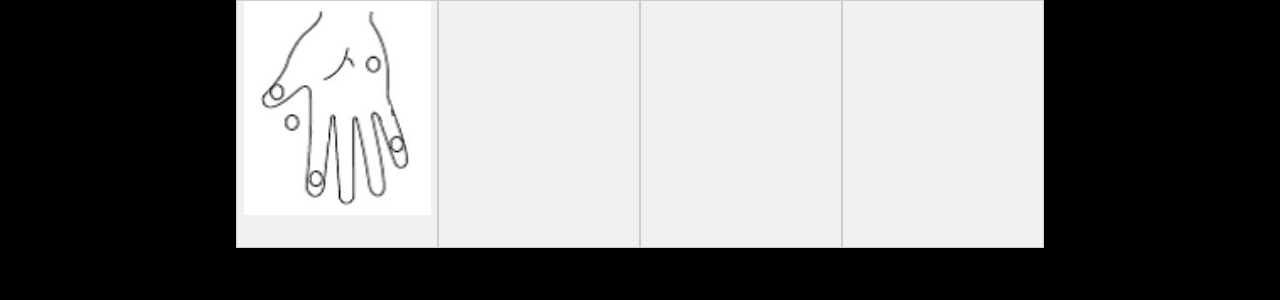
Repository: amdreew/graficosLepra
Page: inddex.html
These files come from the project's save history. The page is drawn as it stood at one moment and after the next save; the edit follows.
The browser window is 1280 px wide. The pictures show the whole page.

Above is the page before, as saved 2020-10-22 11:49:55.

After the next save:
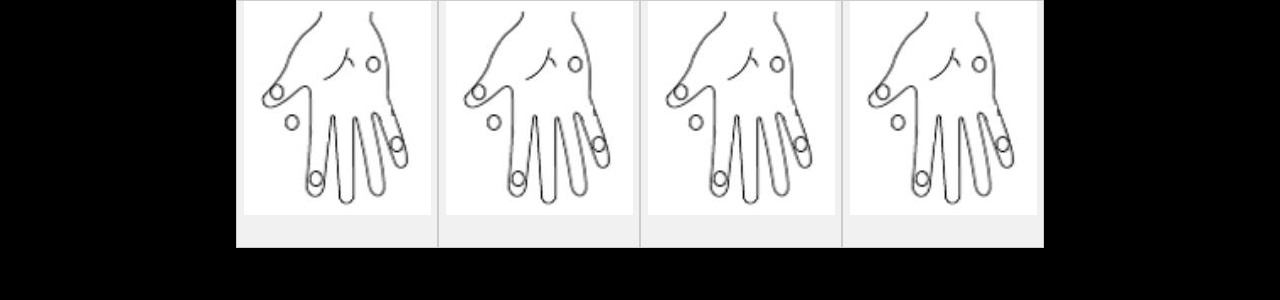
Saved 12 s later.
--- a/inddex.html
+++ b/inddex.html
@@ -21,13 +21,34 @@
             </map>
         </div>
         <div class="img-tanner item-img">
-
+            <img src="img/manoDer.png" usemap="#image-map">
+            <map name="image-map">
+                <area target="" alt="1" title="1" href="#" coords="33,92,10" shape="circle">
+                <area target="" alt="2" title="2" href="#" coords="129,63,10" shape="circle">
+                <area target="" alt="3" title="3" href="#" coords="72,178,10" shape="circle">
+                <area target="" alt="4" title="4" href="#" coords="154,143,10" shape="circle">
+                <area target="" alt="5" title="5" href="#" coords="48,120,10" shape="circle">
+            </map>
         </div>
         <div class="img-tanner item-img">
-
+            <img src="img/manoDer.png" usemap="#image-map">
+            <map name="image-map">
+                <area target="" alt="1" title="1" href="#" coords="33,92,10" shape="circle">
+                <area target="" alt="2" title="2" href="#" coords="129,63,10" shape="circle">
+                <area target="" alt="3" title="3" href="#" coords="72,178,10" shape="circle">
+                <area target="" alt="4" title="4" href="#" coords="154,143,10" shape="circle">
+                <area target="" alt="5" title="5" href="#" coords="48,120,10" shape="circle">
+            </map>
         </div>
         <div class="img-tanner item-img">
-
+            <img src="img/manoDer.png" usemap="#image-map">
+            <map name="image-map">
+                <area target="" alt="1" title="1" href="#" coords="33,92,10" shape="circle">
+                <area target="" alt="2" title="2" href="#" coords="129,63,10" shape="circle">
+                <area target="" alt="3" title="3" href="#" coords="72,178,10" shape="circle">
+                <area target="" alt="4" title="4" href="#" coords="154,143,10" shape="circle">
+                <area target="" alt="5" title="5" href="#" coords="48,120,10" shape="circle">
+            </map>
         </div>
     </div>
 
